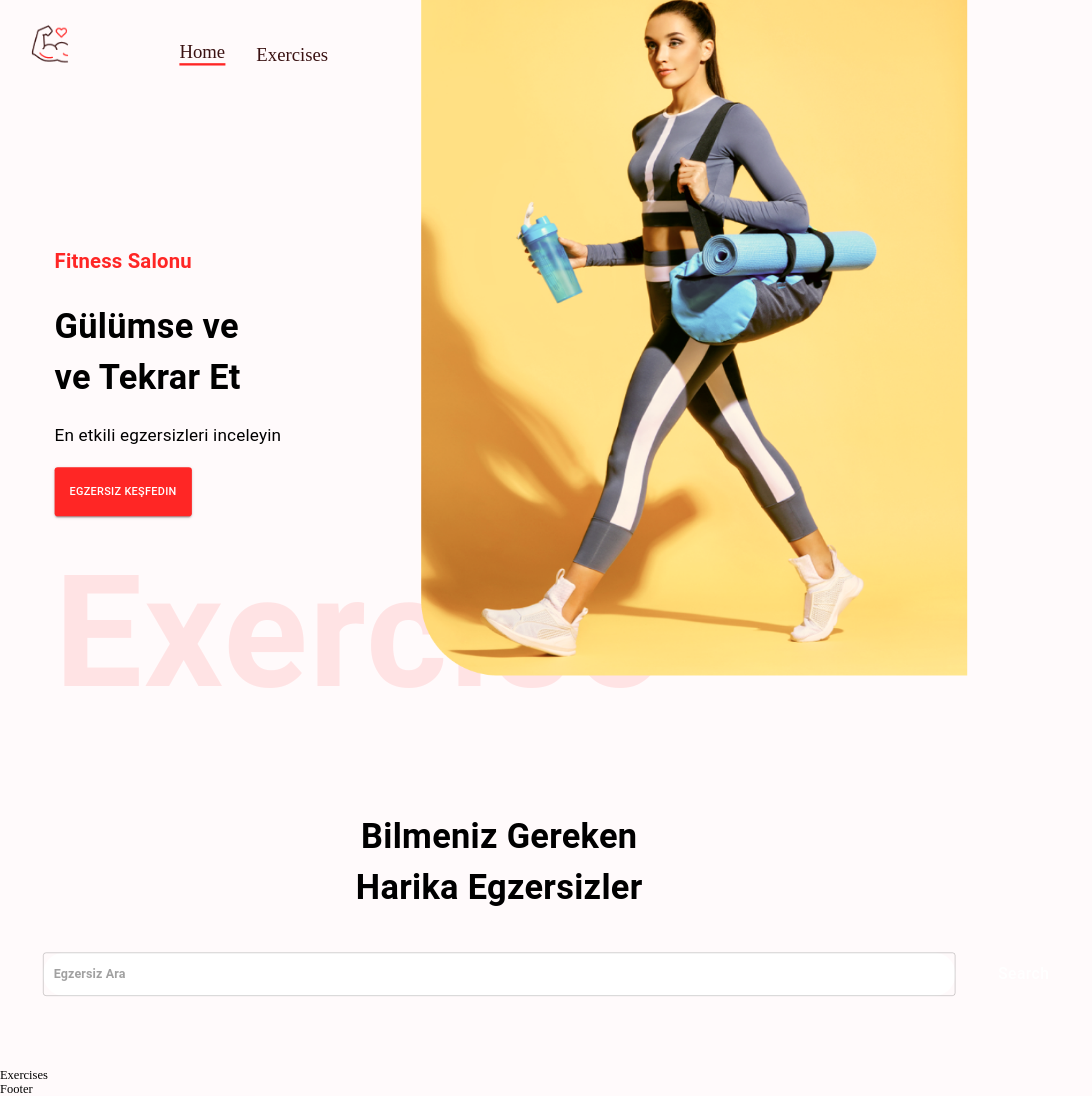
Repository: Kubraaygun/Gym_App
Page: /
These files come from the project's save history. The page is drawn as it stood at one moment and after the next save; the edit follows.
The browser window is 1280 px wide. The page is 1400 px wide, then 1280 px, so the pictures cover 1400 px, including what lies to the right of the window. The pictures show the whole page, at 78% of full size.
The project was rebuilt for these pictures with package versions that can differ from the ones it lists, and the page was loaded fresh each time. Also part of the build but not shown: src/pages/ExerciseDetail.js.

Above is the page before, as saved 2025-01-25 18:07:10.

After the next save:
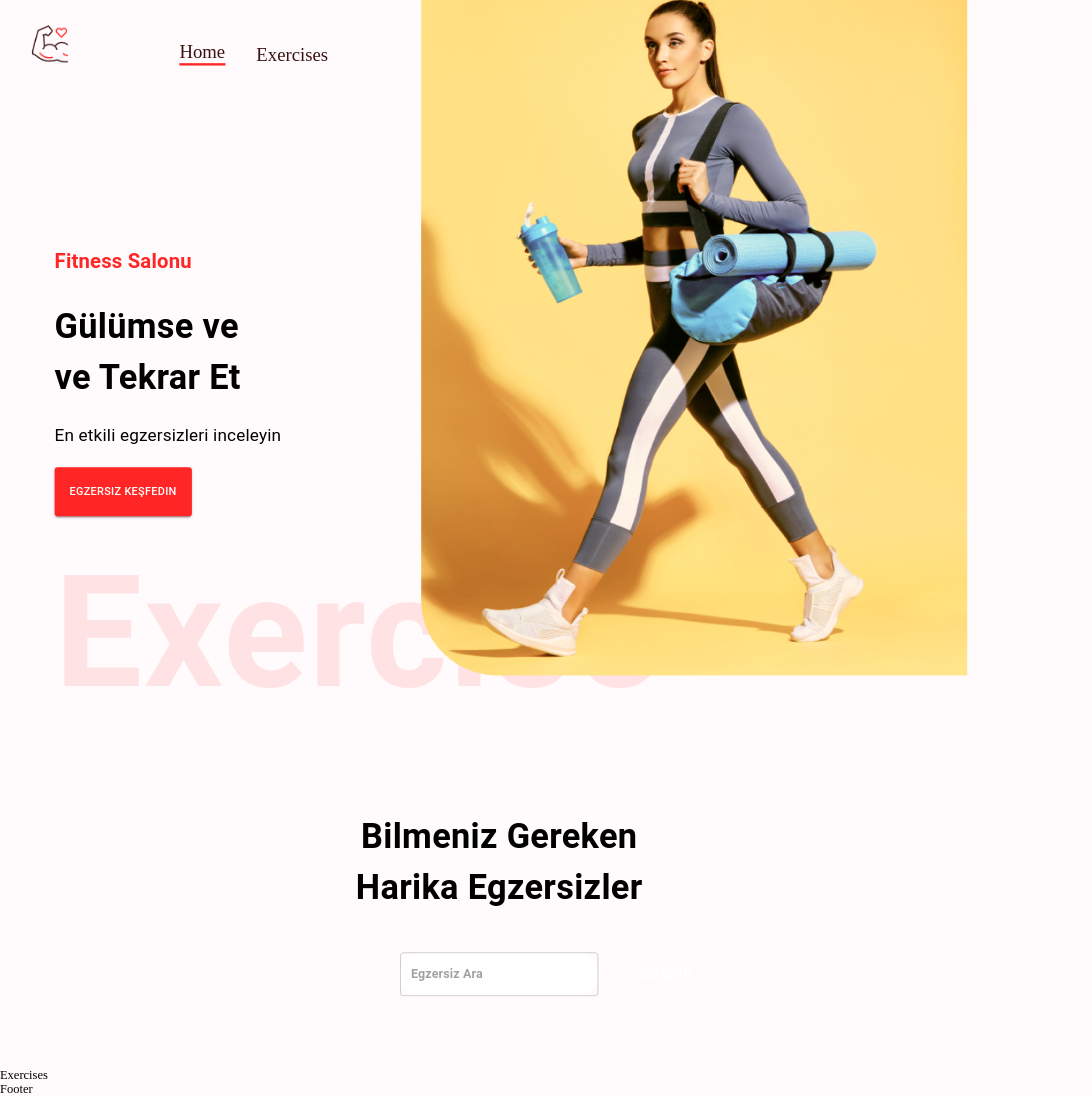
Saved 62 s later.
--- a/src/components/SearchExercises.js
+++ b/src/components/SearchExercises.js
@@ -15,7 +15,7 @@ const SearchExercises = () => {
         <TextField
           sx={{
             input: { fontWeight: "700", border: "none", borderRadius: "4px" },
-            width: { lg: "1170px", xs: "350" },
+            width: { lg: "800", xs: "350" },
             backgroundColor: "#fff",
             borderRadius: "40px",
           }}
